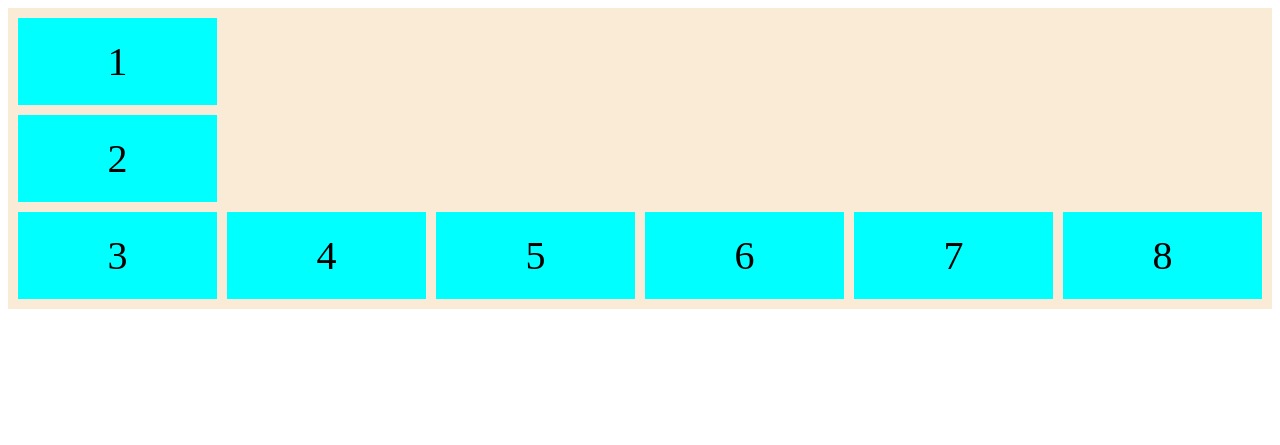
Repository: Thonghehe/Lab1_WEB106
Page: index11.html
The author's editor kept a copy of each file at every save. The page is drawn from the files as they stood at one save, then again after the next save.
The browser window is 1280 px wide. The pictures show the whole page.

Above is the page before, as saved 2024-03-05 18:03:43.

### index11.html
<!DOCTYPE html>
<html lang="en">

<head>
    <meta charset="UTF-8">
    <meta name="viewport" content="width=device-width, initial-scale=1.0">
    <title>Document</title>
    <link rel="stylesheet" href="./style.css">
</head>

<body>
    <div class="grid-container">
        <div class="item1">1</div>
        <div class="item2">2</div>
        <div class="item3">3</div>
        <div class="item4">4</div>
        <div class="item5">5</div>
        <div class="item6">6</div>
        <div class="item7">7</div>
        <div class="item8">8</div>
    </div>
</body>

</html>

### style.css
.grid-container {
    display: grid;
    grid-template-columns: auto auto auto auto auto auto;
    gap: 10px;
    background-color: antiquewhite;
    padding: 10px;
}

.grid-container>div {
    background-color: aqua;
    text-align: center;
    padding: 20px;
    font-size: 40px;
}

.item1,
.item2,
.item3 {
    grid-column: 1/2;
}

After the next save:
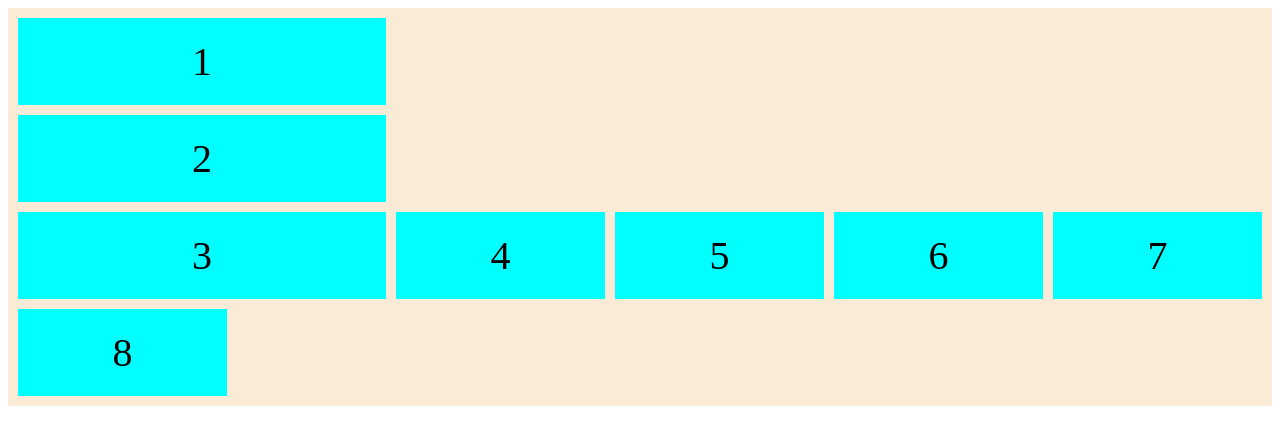
Saved 16 s later.
--- a/style.css
+++ b/style.css
@@ -16,5 +16,5 @@
 .item1,
 .item2,
 .item3 {
-    grid-column: 1/2;
+    grid-column: 1/3;
 }

After the 3 saves that followed:
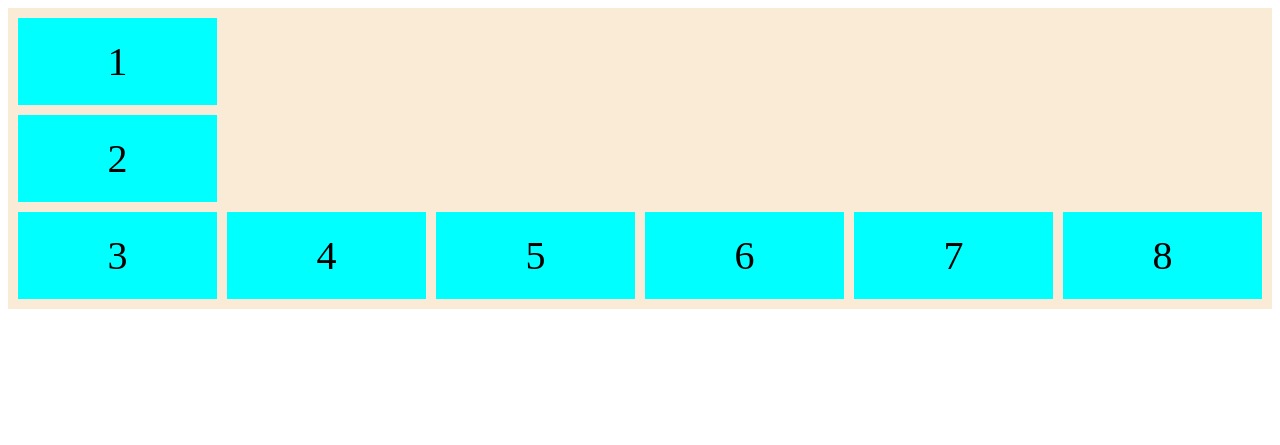
The 3 saves are shown as one change because they came seconds apart.
The last was saved 8 s later.
--- a/style.css
+++ b/style.css
@@ -16,5 +16,5 @@
 .item1,
 .item2,
 .item3 {
-    grid-column: 1/3;
+    grid-column: 1;
 }
